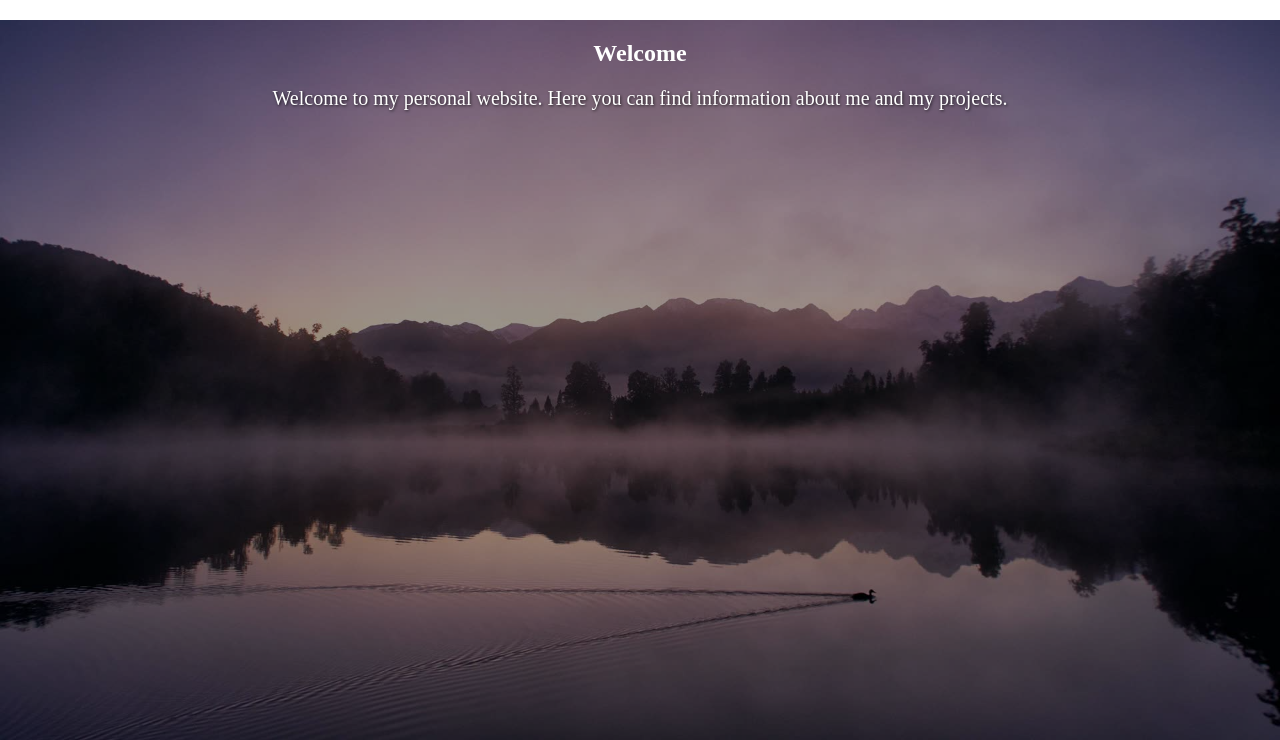
Repository: cydxf/cydxf.github.io
Page: index.html
An editor plug-in stored every save of this project. The page is shown before and after the next save, followed by the edit.
The browser window is 1280 px wide. The pictures show the whole page.

Above is the page before, as saved 2024-08-02 01:46:25.

### index.html
<!DOCTYPE html>
<html lang="en">
<head>
    <meta charset="UTF-8">
    <meta name="viewport" content="width=device-width, initial-scale=1.0">
    <title>My Personal Website</title>
    <link rel="stylesheet" href="css/styles.css">
</head>
<body>
    <main>
        <section id="home" class="hero">
            <div class="hero-content">
                <h2>Welcome</h2>
                <p>Welcome to my personal website. Here you can find information about me and my projects.</p>
            </div>
        </section>
        <section id="about">
            <h2>About Me</h2>
            <p>This is the about section where you can find more information about me.</p>
        </section>
        <section id="projects">
            <h2>Projects</h2>
            <p>Here are some of my recent projects.</p>
            <ul>
                <li>Project 1</li>
                <li>Project 2</li>
                <li>Project 3</li>
            </ul>
        </section>
        <section id="contact">
            <h2>Contact</h2>
            <p>If you want to get in touch, please contact me via email.</p>
        </section>
    </main>
    <footer>
        <p>&copy; 2024 Huang Jiaxi</p>
    </footer>
    <script src="js/script.js"></script>
    </head>
</body>
</html>

### css/styles.css
body, html {
    margin: 0;
    padding: 0;
    height: 100%;
    width: 100%;
}

.hero {
    position: absolute;
    width: 100%;
    height: 100vh; /* Viewport height */
    left: 0;
    top: 0;
    background-image: url('../resource/image/1.png'); /* 首页大图  */
    background-size: cover;
    background-position: center;
    background-repeat: no-repeat;
    color: #fff;
    justify-content: left;
    align-items: center;
    text-align: center;
    color: #fff;
}

.hero:before{
    content: '';
    position: absolute;
    top: 0;
    left: 0;
    width: 100%;
    height: 100%;
    background: rgba(0, 0, 0, 0.4);
    z-index: 1;
}

.hero-content {
    position: relative;
    z-index: 2;
}

.hero h1 {
    font-size: 3rem; /* 适当调整标题字体大小 */
    margin: 0;
    padding: 0;
    text-shadow: 2px 2px 4px rgba(0, 0, 0, 0.7); /* 添加文本阴影使其更清晰 */
}

.hero p {
    font-size: 1.25rem; /* 适当调整副标题字体大小 */
    margin-top: 0.5rem;
    text-shadow: 1px 1px 3px rgba(0, 0, 0, 0.7); /* 添加文本阴影使其更清晰 */
}

main {
    padding: 20px;
}

section {
    margin: 20px 0;
}

footer {
    background: #333;
    color: #fff;
    text-align: center;
    padding: 10px;
}

footer p {
    margin: 0;
}

### js/script.js
document.addEventListener("DOMContentLoaded", function() {
    const links = document.querySelectorAll("nav ul li a");

    links.forEach(link => {
        link.addEventListener("click", function(event) {
            event.preventDefault();
            const targetId = this.getAttribute("href").substring(1);
            const targetSection = document.getElementById(targetId);
            window.scrollTo({
                top: targetSection.offsetTop,
                behavior: "smooth"
            });
        });
    });
});

After the next save:
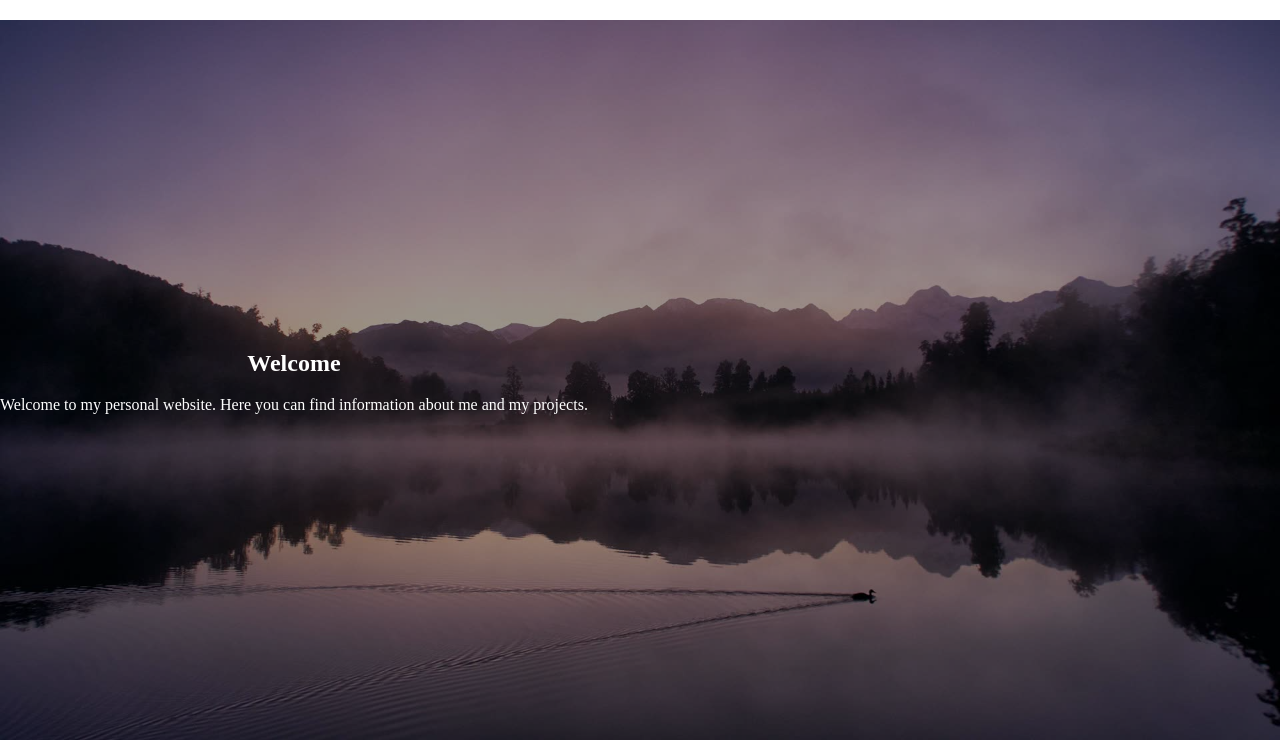
Saved 54 s later.
--- a/css/styles.css
+++ b/css/styles.css
@@ -16,6 +16,7 @@ body, html {
     background-position: center;
     background-repeat: no-repeat;
     color: #fff;
+    display: flex;
     justify-content: left;
     align-items: center;
     text-align: center;
@@ -38,18 +39,7 @@ body, html {
     z-index: 2;
 }
 
-.hero h1 {
-    font-size: 3rem; /* 适当调整标题字体大小 */
-    margin: 0;
-    padding: 0;
-    text-shadow: 2px 2px 4px rgba(0, 0, 0, 0.7); /* 添加文本阴影使其更清晰 */
-}
 
-.hero p {
-    font-size: 1.25rem; /* 适当调整副标题字体大小 */
-    margin-top: 0.5rem;
-    text-shadow: 1px 1px 3px rgba(0, 0, 0, 0.7); /* 添加文本阴影使其更清晰 */
-}
 
 main {
     padding: 20px;
